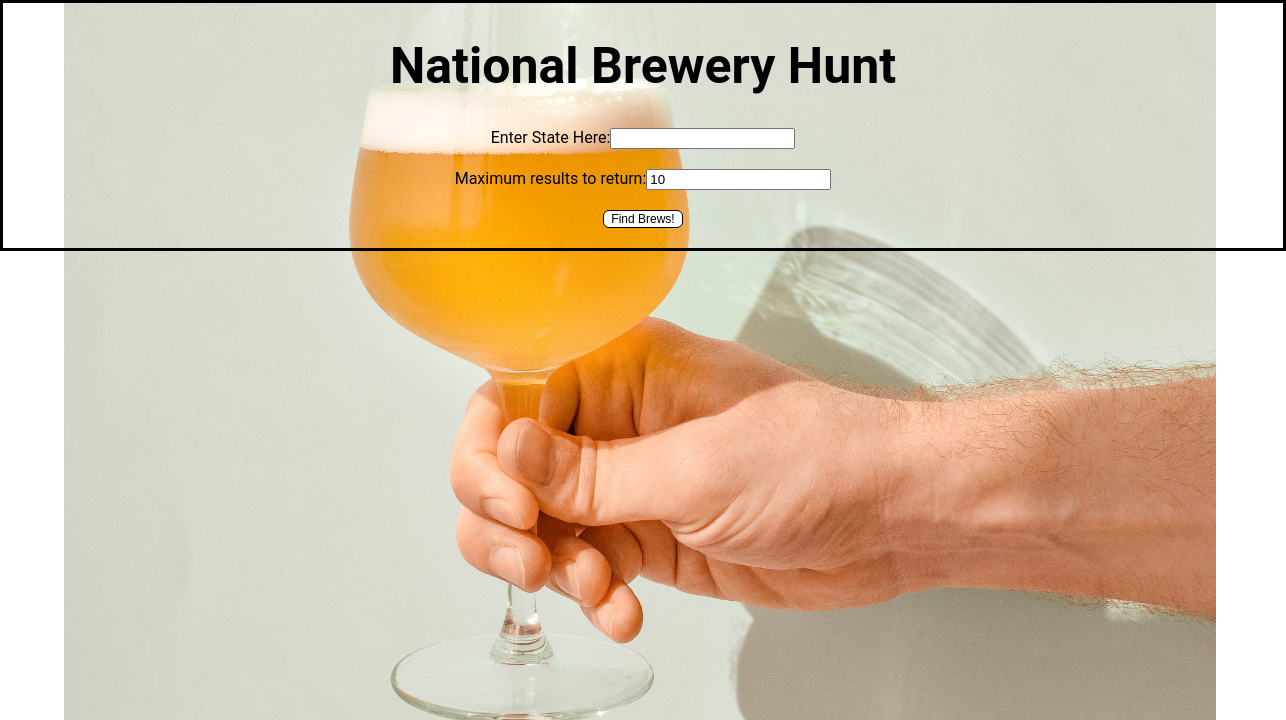
Repository: kaitlynMidori/searchBrews
Page: index.html
An editor plug-in stored every save of this project. The page is shown before and after the next save, followed by the edit.
The browser window is 1280 px wide. The page is 1286 px wide, so the pictures cover 1286 px, including what lies to the right of the window. The pictures show the whole page.

Above is the page before, as saved 2021-04-24 12:08:05.

After the next save:
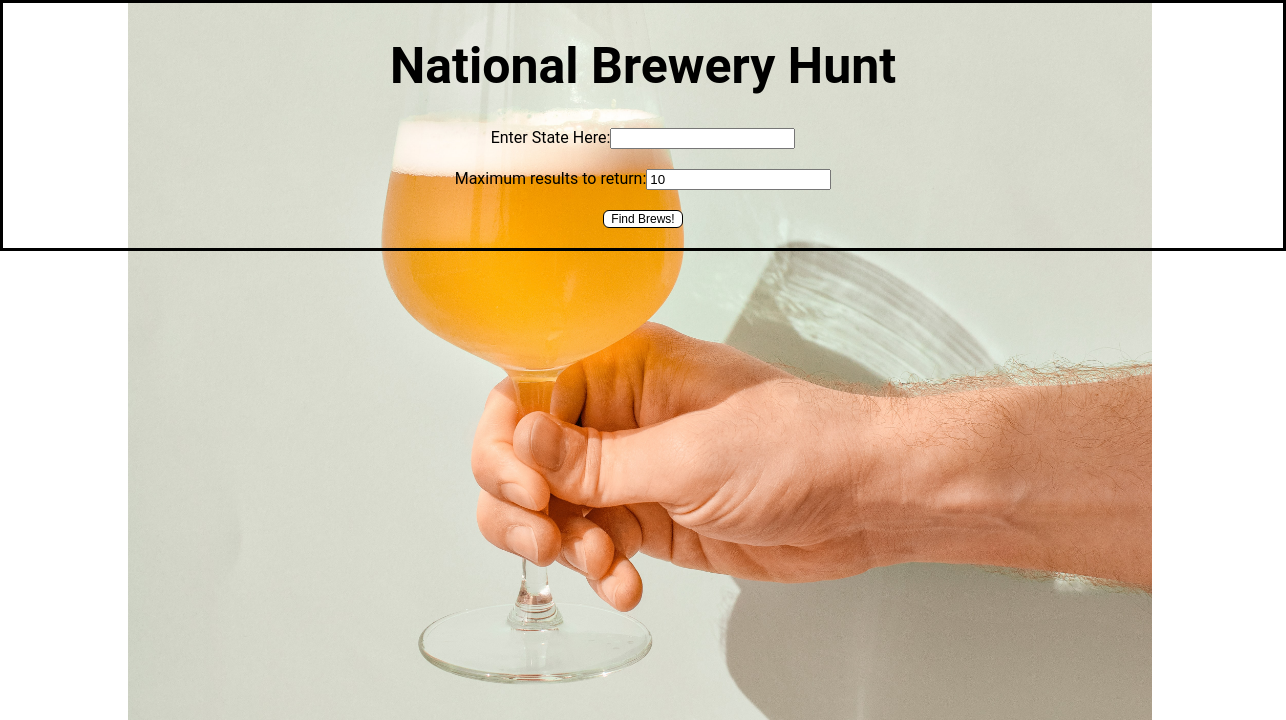
Saved 26 s later.
--- a/style.css
+++ b/style.css
@@ -5,7 +5,7 @@ body {
     margin: auto;
     /* background: cover; */
     background: url("screenshots/beer.jpg") no-repeat center center fixed;
-    background-size: 90%;
+    background-size: 80%;
 
 
     width: 100%;
